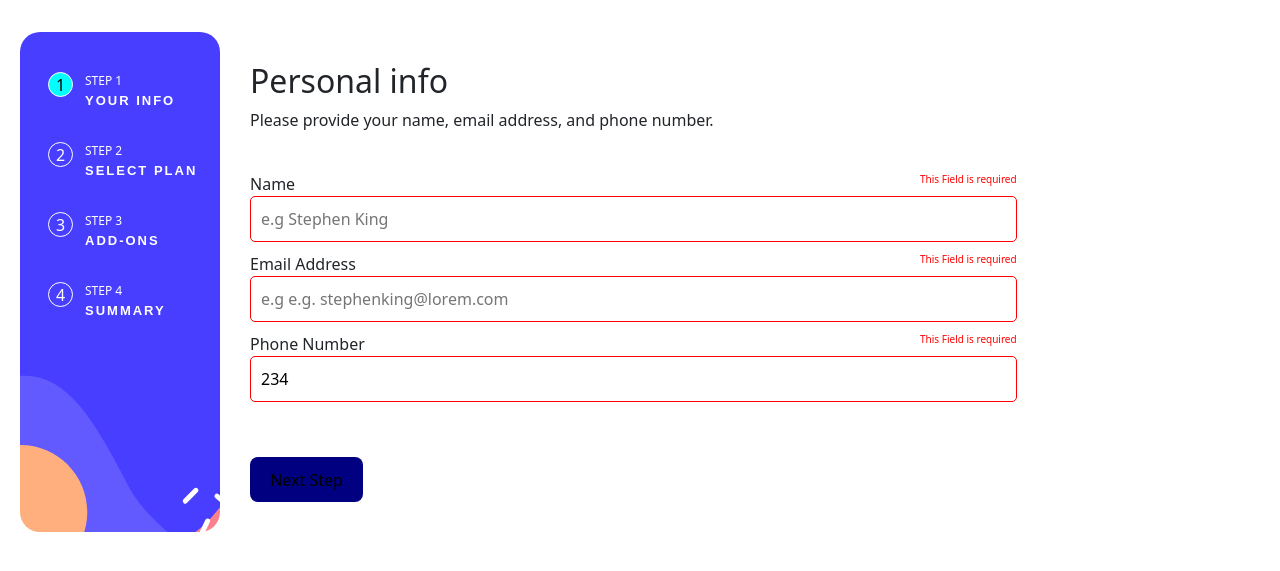
Repository: Celebration-cloud/Multi-Step-Form
Page: /
An editor plug-in stored every save of this project. The page is shown before and after a run of saves, followed by the edit.
The browser window is 1280 px wide. The pictures show the whole page.
The project was rebuilt for these pictures with package versions that can differ from the ones it lists, and the page was loaded fresh each time. Also part of the build but not shown: vite.config.js, src/GoBack.jsx.

Above is the page before, as saved 2023-11-01 14:32:06.

After the next 2 saves:
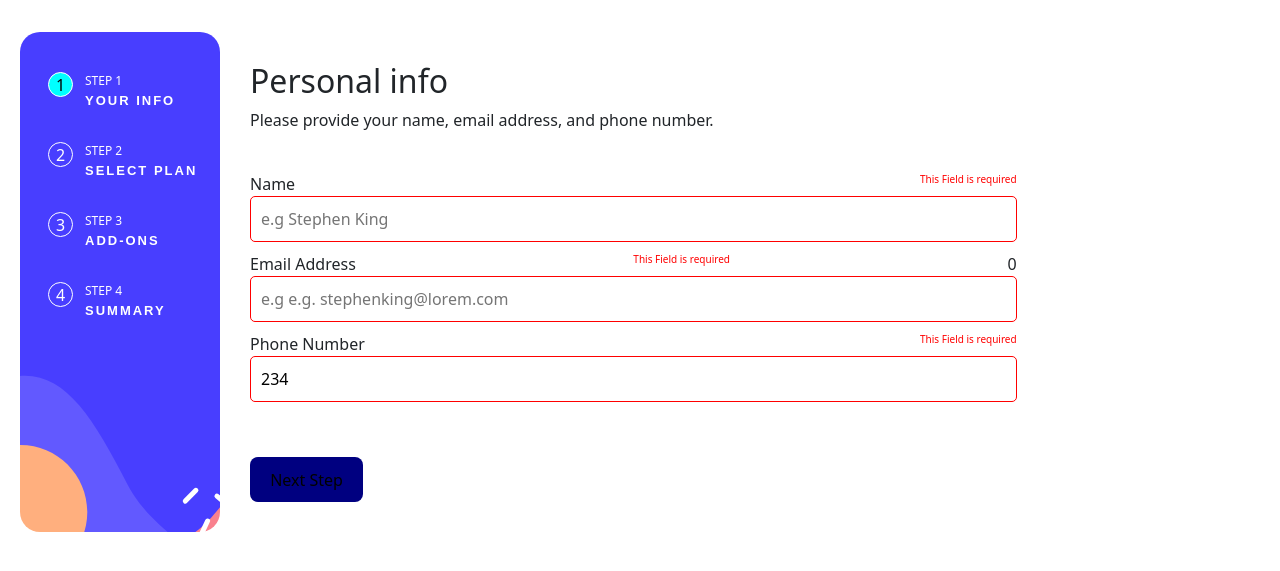
The 2 saves are shown as one change because they came seconds apart.
The last was saved 8 s later.
--- a/src/Procedures/ProceduresList.jsx
+++ b/src/Procedures/ProceduresList.jsx
@@ -70,7 +70,7 @@ function PersonalInfo({store}) {
             This Field is required
           </span>
         )}
-        {personalData.email.includes("@gmail.com") && (
+        {personalData.email.length  && (
           <span style={{ color: "red", fontSize: 10 }}>
             This Field is required
           </span>
